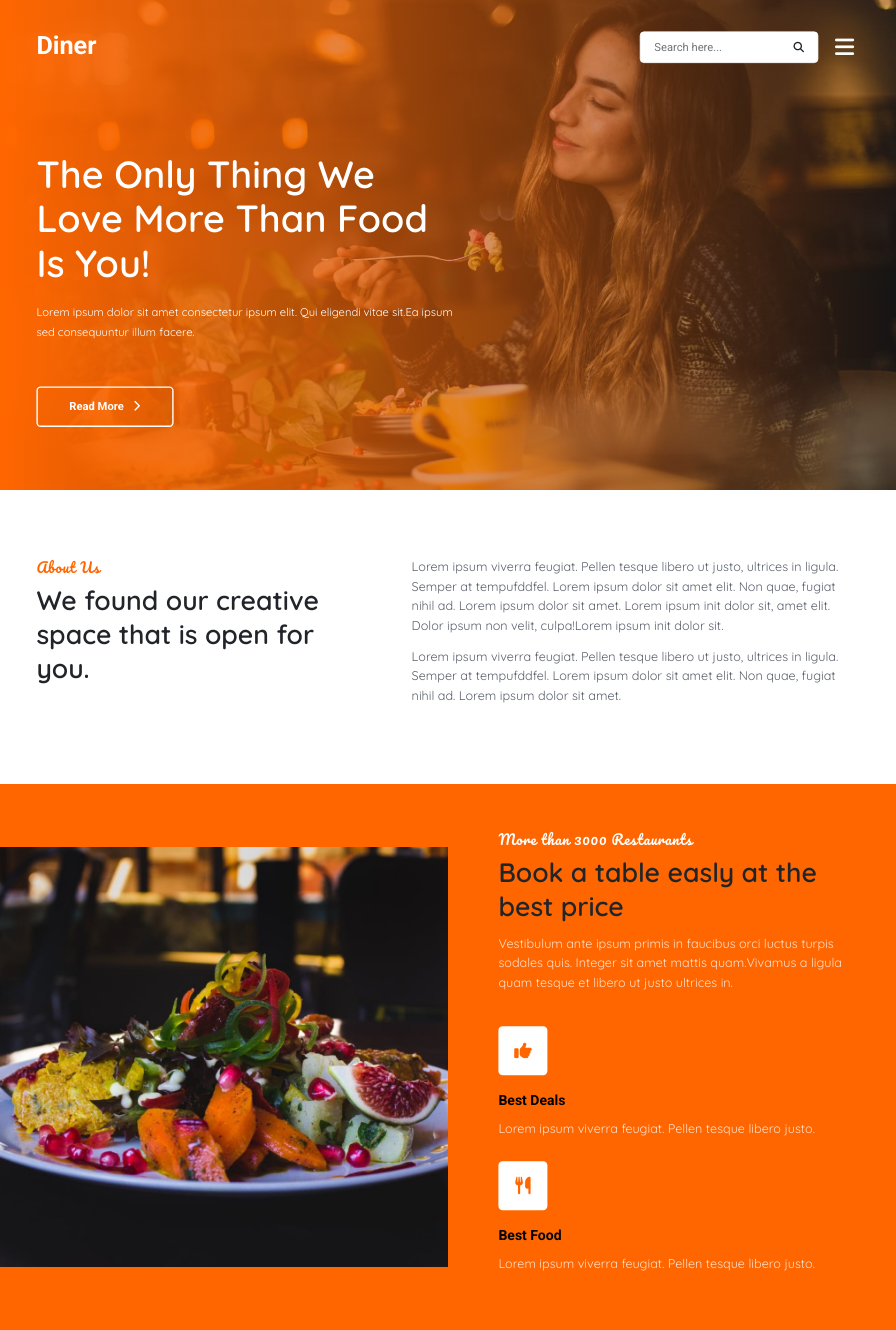
Repository: minhtrivu6199/Diner
Page: index.html
These files come from the project's save history. The page is drawn as it stood at one moment and after the next save; the edit follows.
The browser window is 1280 px wide. The pictures show the whole page, at 70% of full size.
Backgrounds fixed to the window are drawn as part of the page. The style sheet was rebuilt from its Sass, Less or Tailwind sources for each picture, by a compiler version that may differ from the author's.

Above is the page before, as saved 2022-10-10 16:16:12.

After the next save:
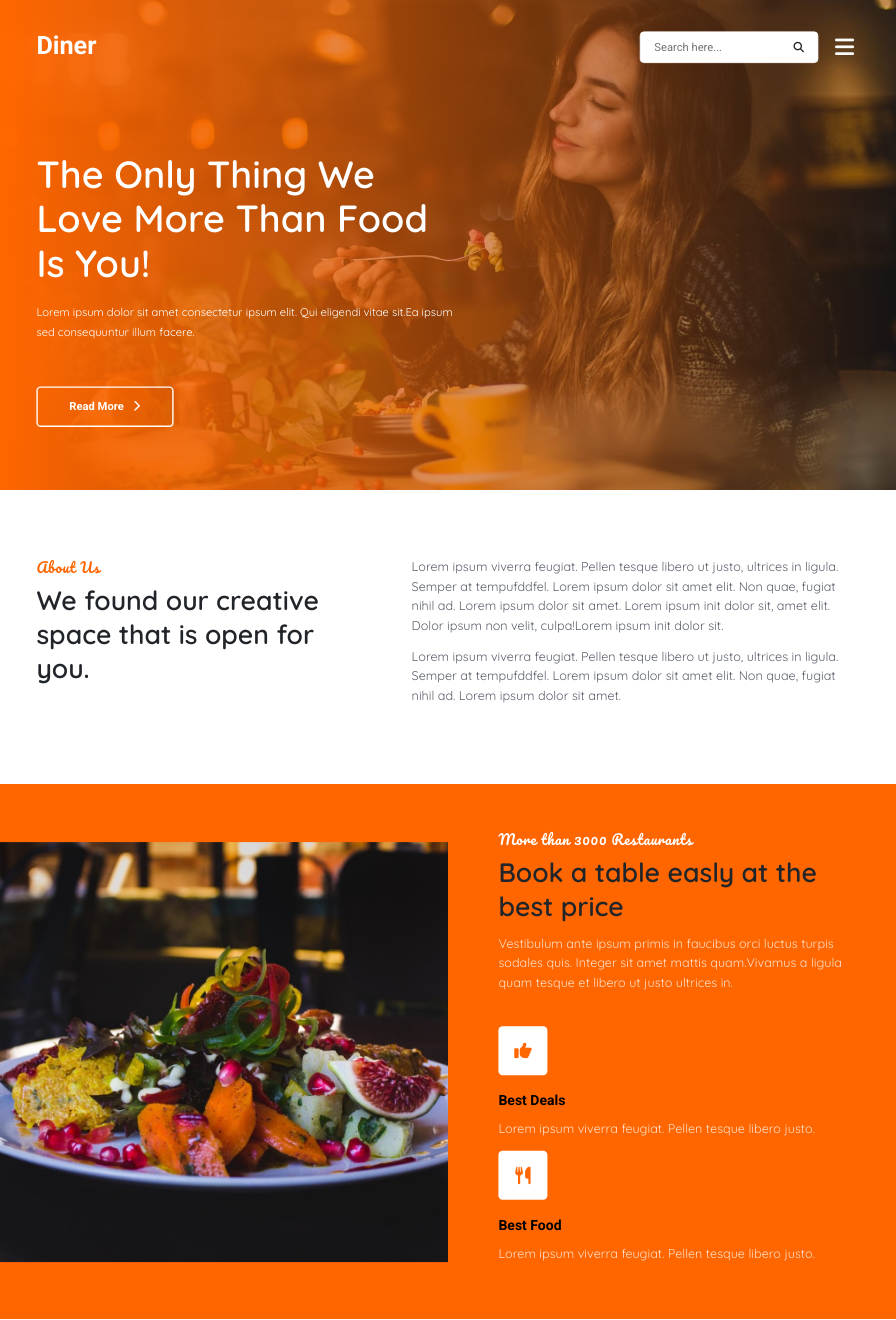
Saved 24 s later.
--- a/scss/style.scss
+++ b/scss/style.scss
@@ -141,7 +141,7 @@
 
         .agent-interactive {
             display: grid;
-            gap: 1rem;
+            gap: 1px;
             .icon {
                 background: $white;
                 width: 70px;
